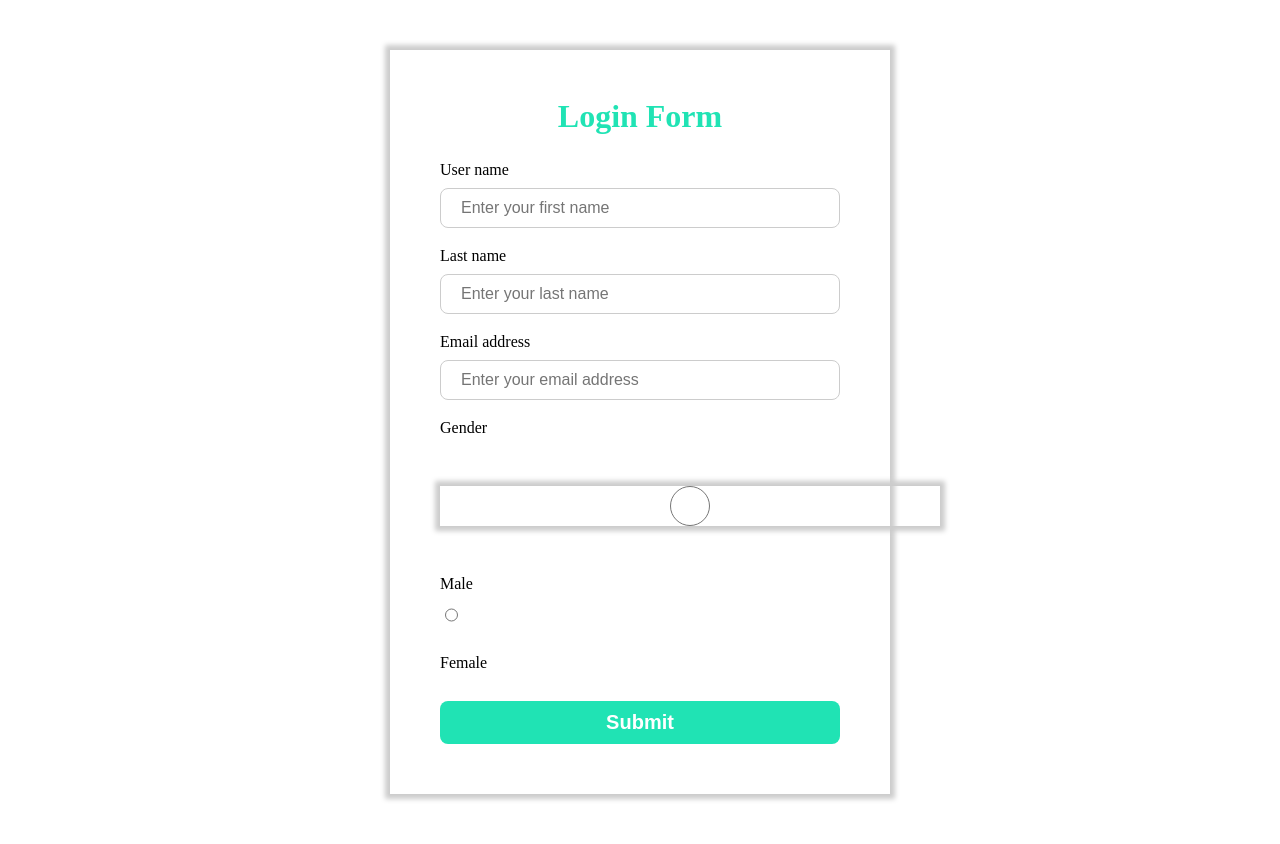
Repository: Trung0810/btl_cnpm_fe
Page: /
These files come from the project's save history. The page is drawn as it stood at one moment and after the next save; the edit follows.
The browser window is 1280 px wide. The pictures show the whole page.
The project was rebuilt for these pictures with package versions that can differ from the ones it lists, and the page was loaded fresh each time. Also part of the build but not shown: src/components/header/header.css, src/components/header/Header.js, src/components/footer/Footer.css, src/components/footer/Footer.js, src/components/shoes_list/ShoesCard.css, src/components/shoes_list/ShoesCard.js, src/components/shoes_list/ShoesList.css, src/components/shoes_list/ShoesList.js and 14 more.

Above is the page before, as saved 2026-03-31 09:11:47.

After the next save:
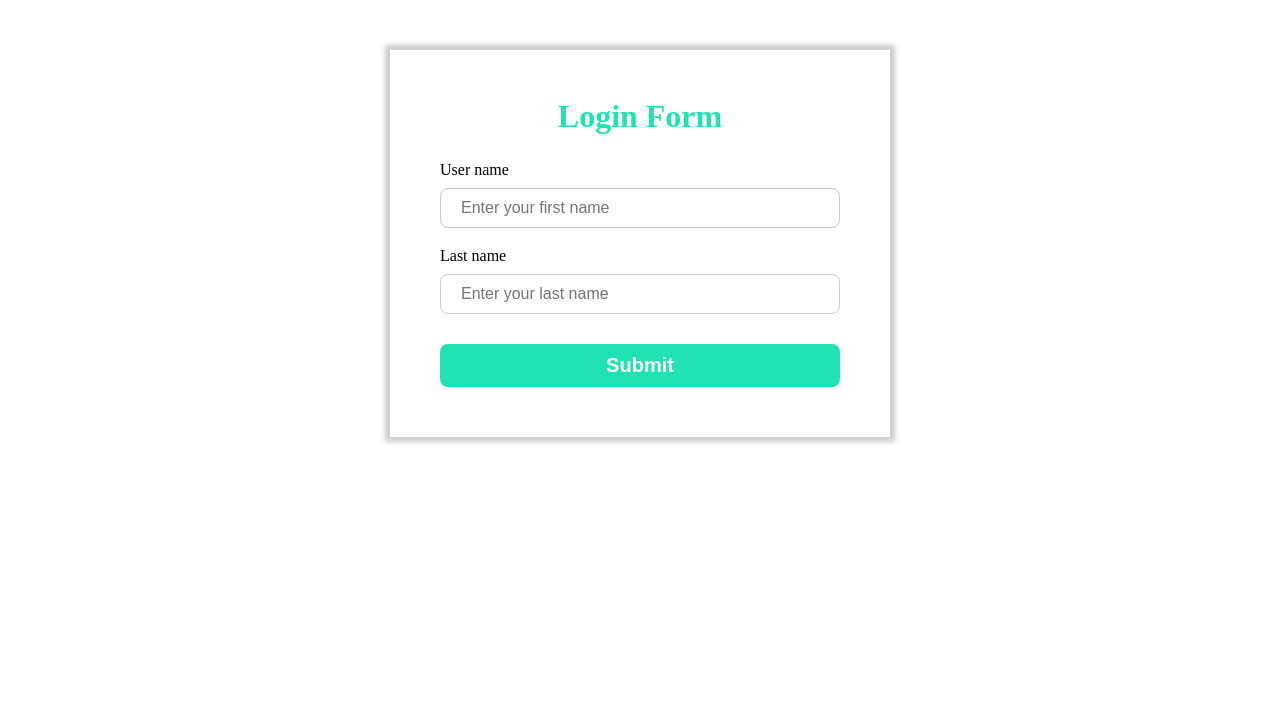
Saved 16 s later.
--- a/src/components/login_form/LoginForm.js
+++ b/src/components/login_form/LoginForm.js
@@ -56,43 +56,6 @@ const LoginForm = () => {
           <div className="login-form-error">{errors.lastName.message}</div>
         )}
       </div>
-      <div className="login-form-wrapper">
-        <label htmlFor="email">Email address</label>
-        <input
-          type="email"
-          id="email"
-          className="login-form-input"
-          placeholder="Enter your email address"
-          {...register("email")}
-        />
-        {errors.email && (
-          <div className="login-form-error">{errors.email.message}</div>
-        )}
-      </div>
-      <div className="login-form-wrapper">
-        <label htmlFor="gender">Gender</label>
-        <input
-          type="radio"
-          name="gender"
-          id="gender"
-          value="male"
-          className="login-form radio"
-          {...register("gender")}
-        />
-        Male
-        <input
-          type="radio"
-          name="gender"
-          id="gender"
-          value="female"
-          className="login-form-radio"
-          {...register("gender")}
-        />
-        Female
-        {errors.gender && (
-          <div className="login-form-error">{errors.gender.message}</div>
-        )}
-      </div>
       <button
         type="submit"
         className="login-form-button"
